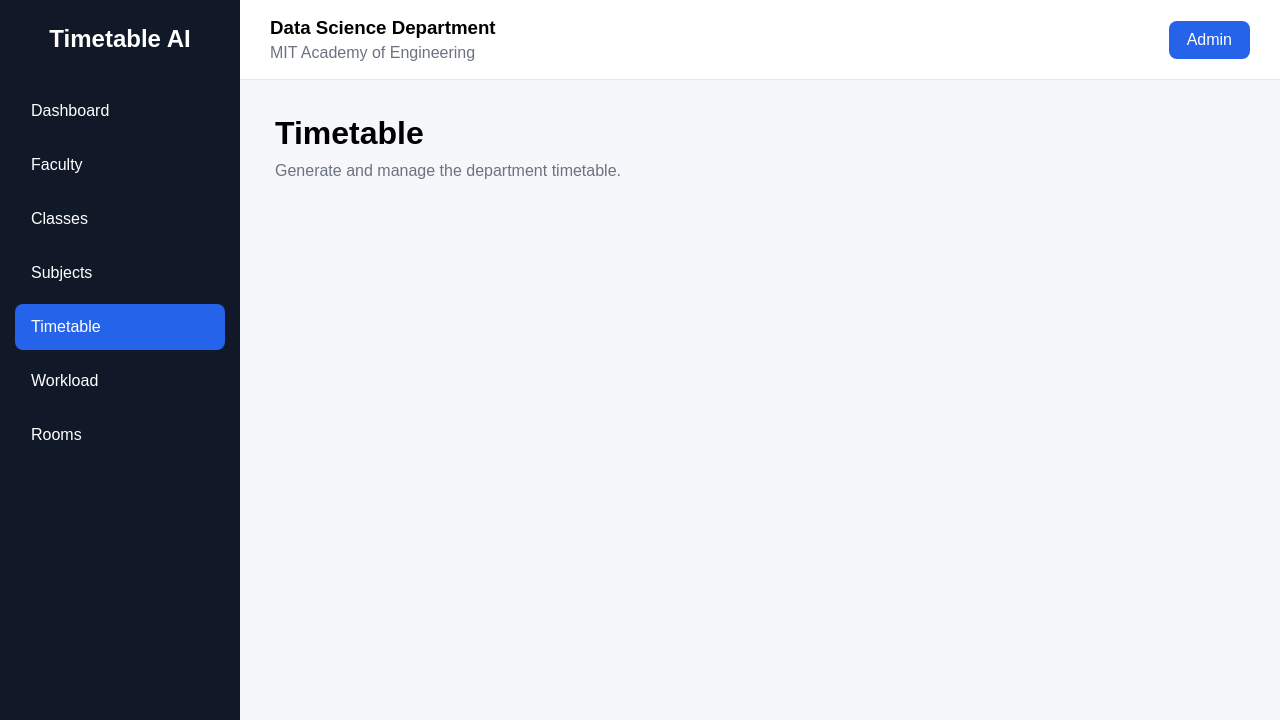
Repository: palak-surana/Intelligent-Timetable-System
Page: /timetable (app in frontend/)
The author's editor kept a copy of each file at every save. The page is drawn from the files as they stood at one save, then again after the next save.
The browser window is 1280 px wide. The pictures show the whole page.
The project was rebuilt for these pictures with package versions that can differ from the ones it lists, and the page was loaded fresh each time. Also part of the build but not shown: frontend/vite.config.js, frontend/src/pages/Dashboard.jsx, frontend/src/pages/Faculty.jsx, frontend/src/pages/Classes.jsx, frontend/src/pages/Subjects.jsx, frontend/src/pages/Workload.jsx, frontend/src/pages/Rooms.jsx.

Above is the page before, as saved 2026-08-15 22:44:28.

### frontend/src/index.css
* {
  margin: 0;
  padding: 0;
  box-sizing: border-box;
}

body {
  font-family: Arial, sans-serif;
  background: #f5f7fb;
}

.app {
  display: flex;
  min-height: 100vh;
}

.sidebar {
  width: 240px;
  min-height: 100vh;
  background: #111827;
  color: white;
  padding: 25px 15px;
}

.sidebar h2 {
  text-align: center;
  margin-bottom: 35px;
}

.nav-item {
  padding: 14px 16px;
  margin-bottom: 8px;
  border-radius: 8px;
  cursor: pointer;
}

.nav-item:hover,
.nav-item.active {
  background: #2563eb;
}

.main {
  flex: 1;
}

.navbar {
  height: 80px;
  background: white;
  padding: 15px 30px;
  display: flex;
  justify-content: space-between;
  align-items: center;
  border-bottom: 1px solid #e5e7eb;
}

.navbar h3 {
  margin-bottom: 5px;
}

.navbar p {
  color: #6b7280;
}

.admin {
  background: #2563eb;
  color: white;
  padding: 10px 18px;
  border-radius: 8px;
}

.dashboard {
  padding: 35px;
}

.dashboard h1 {
  margin-bottom: 8px;
}

.welcome {
  color: #6b7280;
  margin-bottom: 30px;
}

.stats {
  display: grid;
  grid-template-columns: repeat(4, 1fr);
  gap: 20px;
}

.card {
  background: white;
  padding: 25px;
  border-radius: 12px;
  box-shadow: 0 2px 10px rgba(0, 0, 0, 0.05);
}

.card h2 {
  font-size: 32px;
  margin-bottom: 8px;
}

.card p {
  color: #6b7280;
}

.department-card {
  background: white;
  margin-top: 30px;
  padding: 25px;
  border-radius: 12px;
}

.classes {
  display: flex;
  gap: 20px;
  margin-top: 20px;
}

.classes div {
  flex: 1;
  padding: 25px;
  background: #f3f4f6;
  border-radius: 10px;
  text-align: center;
  font-weight: bold;
}

/* Sidebar links */
.nav-item {
  display: block;
  color: white;
  text-decoration: none;
  padding: 14px 16px;
  margin-bottom: 8px;
  border-radius: 8px;
  cursor: pointer;
}

.nav-item:hover {
  background: #2563eb;
}

.nav-item.active {
  background: #2563eb;
}

/* Page content */
.page {
  padding: 35px;
}

.page h1 {
  margin-bottom: 10px;
}

.page p {
  color: #6b7280;
}

.page-header {
  display: flex;
  justify-content: space-between;
  align-items: center;
  margin-bottom: 30px;
}

.page-header h1 {
  margin-bottom: 8px;
}

.primary-button,
.save-button {
  border: none;
  background: #2563eb;
  color: white;
  padding: 12px 20px;
  border-radius: 8px;
  cursor: pointer;
  font-size: 15px;
  font-weight: 600;
}

.primary-button:hover,
.save-button:hover {
  background: #1d4ed8;
}

.faculty-form {
  background: white;
  padding: 25px;
  border-radius: 12px;
  margin-bottom: 30px;
  box-shadow: 0 2px 10px rgba(0, 0, 0, 0.05);
}

.faculty-form h2 {
  margin-bottom: 20px;
}

.form-grid {
  display: grid;
  grid-template-columns: repeat(2, 1fr);
  gap: 15px;
  margin-bottom: 20px;
}

.form-grid input,
.form-grid select {
  padding: 12px;
  border: 1px solid #d1d5db;
  border-radius: 7px;
  font-size: 14px;
  outline: none;
}

.form-grid input:focus,
.form-grid select:focus {
  border-color: #2563eb;
}

.faculty-summary {
  display: grid;
  grid-template-columns: repeat(4, 1fr);
  gap: 20px;
  margin-bottom: 30px;
}

.summary-card {
  background: white;
  padding: 22px;
  border-radius: 12px;
  display: flex;
  flex-direction: column;
  gap: 8px;
  box-shadow: 0 2px 10px rgba(0, 0, 0, 0.05);
}

.summary-card span {
  color: #6b7280;
}

.summary-card strong {
  font-size: 28px;
}

.faculty-table {
  background: white;
  border-radius: 12px;
  overflow: hidden;
  box-shadow: 0 2px 10px rgba(0, 0, 0, 0.05);
}

.table-header {
  display: grid;
  grid-template-columns: 1fr 2fr 1.5fr 1fr 1fr;
  padding: 18px 20px;
  background: #f3f4f6;
  font-weight: 600;
}

.empty-state {
  text-align: center;
  padding: 60px 20px;
}

.empty-state h3 {
  margin-bottom: 8px;
}

.empty-state p {
  color: #6b7280;
}
.table-row {
  display: grid;
  grid-template-columns: 1fr 2fr 1.5fr 1fr 1fr;
  align-items: center;
  padding: 18px 20px;
  border-top: 1px solid #e5e7eb;
}

.table-row small {
  display: block;
  color: #6b7280;
  margin-top: 4px;
}

.delete-button {
  width: fit-content;
  border: none;
  background: #dc2626;
  color: white;
  padding: 8px 14px;
  border-radius: 6px;
  cursor: pointer;
}

.delete-button:hover {
  background: #b91c1c;
}
.class-summary {
  display: grid;
  grid-template-columns: repeat(3, 1fr);
  gap: 20px;
  margin-bottom: 30px;
}

.class-grid {
  display: grid;
  grid-template-columns: repeat(3, 1fr);
  gap: 20px;
}

.class-card {
  background: white;
  padding: 25px;
  border-radius: 12px;
  box-shadow: 0 2px 10px rgba(0, 0, 0, 0.05);
}

.class-icon {
  width: 50px;
  height: 50px;
  display: flex;
  align-items: center;
  justify-content: center;
  background: #2563eb;
  color: white;
  border-radius: 10px;
  font-weight: bold;
  margin-bottom: 20px;
}

.class-card h2 {
  margin-bottom: 6px;
}

.class-card p {
  color: #6b7280;
  margin-bottom: 18px;
}

.status {
  display: inline-block;
  padding: 6px 12px;
  border-radius: 20px;
  background: #dcfce7;
  color: #166534;
  font-size: 13px;
  font-weight: 600;
}
.subject-summary {
  display: grid;
  grid-template-columns: repeat(4, 1fr);
  gap: 20px;
  margin-bottom: 30px;
}

.subject-types {
  display: grid;
  grid-template-columns: repeat(2, 1fr);
  gap: 20px;
  margin-bottom: 30px;
}

.subject-type-card {
  background: white;
  padding: 25px;
  border-radius: 12px;
  display: flex;
  align-items: center;
  gap: 18px;
  box-shadow: 0 2px 10px rgba(0, 0, 0, 0.05);
}

.subject-icon {
  width: 50px;
  height: 50px;
  display: flex;
  align-items: center;
  justify-content: center;
  background: #2563eb;
  color: white;
  border-radius: 10px;
  font-size: 20px;
  font-weight: bold;
}

.subject-type-card h2 {
  margin-bottom: 5px;
}

.subject-type-card p {
  color: #6b7280;
}

.subject-header {
  grid-template-columns: 1fr 2fr 1fr 1.5fr 1.5fr;
}
.room-summary {
  display: grid;
  grid-template-columns: repeat(4, 1fr);
  gap: 20px;
  margin-bottom: 30px;
}

.room-grid {
  display: grid;
  grid-template-columns: repeat(3, 1fr);
  gap: 20px;
}

.room-card {
  background: white;
  padding: 25px;
  border-radius: 12px;
  box-shadow: 0 2px 10px rgba(0, 0, 0, 0.05);
}

.room-icon {
  width: 50px;
  height: 50px;
  background: #2563eb;
  color: white;
  border-radius: 10px;
  display: flex;
  align-items: center;
  justify-content: center;
  font-size: 20px;
  font-weight: bold;
  margin-bottom: 18px;
}

.room-card h2 {
  margin-bottom: 15px;
}

.room-card p {
  color: #6b7280;
  margin-bottom: 8px;
}

.room-card strong {
  color: #374151;
}

### frontend/src/App.jsx
import { BrowserRouter, Routes, Route } from "react-router-dom";

import Sidebar from "./components/Sidebar";
import Navbar from "./components/Navbar";

import Dashboard from "./pages/Dashboard";
import Faculty from "./pages/Faculty";
import Classes from "./pages/Classes";
import Subjects from "./pages/Subjects";
import Timetable from "./pages/Timetable";
import Workload from "./pages/Workload";
import Rooms from "./pages/Rooms";

function App() {
  return (
    <BrowserRouter>
      <div className="app">
        <Sidebar />

        <div className="main">
          <Navbar />

          <Routes>
            <Route path="/" element={<Dashboard />} />
            <Route path="/faculty" element={<Faculty />} />
            <Route path="/classes" element={<Classes />} />
            <Route path="/subjects" element={<Subjects />} />
            <Route path="/timetable" element={<Timetable />} />
            <Route path="/workload" element={<Workload />} />
            <Route path="/rooms" element={<Rooms />} />
          </Routes>
        </div>
      </div>
    </BrowserRouter>
  );
}

export default App;

### frontend/src/components/Sidebar.jsx
import { NavLink } from "react-router-dom";

function Sidebar() {
  return (
    <aside className="sidebar">
      <h2>Timetable AI</h2>

      <nav>
        <NavLink
          to="/"
          className={({ isActive }) =>
            isActive ? "nav-item active" : "nav-item"
          }
        >
          Dashboard
        </NavLink>

        <NavLink
          to="/faculty"
          className={({ isActive }) =>
            isActive ? "nav-item active" : "nav-item"
          }
        >
          Faculty
        </NavLink>

        <NavLink
          to="/classes"
          className={({ isActive }) =>
            isActive ? "nav-item active" : "nav-item"
          }
        >
          Classes
        </NavLink>

        <NavLink
          to="/subjects"
          className={({ isActive }) =>
            isActive ? "nav-item active" : "nav-item"
          }
        >
          Subjects
        </NavLink>

        <NavLink
          to="/timetable"
          className={({ isActive }) =>
            isActive ? "nav-item active" : "nav-item"
          }
        >
          Timetable
        </NavLink>

        <NavLink
          to="/workload"
          className={({ isActive }) =>
            isActive ? "nav-item active" : "nav-item"
          }
        >
          Workload
        </NavLink>

        <NavLink
          to="/rooms"
          className={({ isActive }) =>
            isActive ? "nav-item active" : "nav-item"
          }
        >
          Rooms
        </NavLink>
      </nav>
    </aside>
  );
}

export default Sidebar;

### frontend/src/components/Navbar.jsx
function Navbar() {
  return (
    <header className="navbar">
      <div>
        <h3>Data Science Department</h3>
        <p>MIT Academy of Engineering</p>
      </div>

      <div className="admin">
        Admin
      </div>
    </header>
  );
}

export default Navbar;

### frontend/src/pages/Timetable.jsx
function Timetable() {
  return (
    <main className="page">
      <h1>Timetable</h1>
      <p>Generate and manage the department timetable.</p>
    </main>
  );
}

export default Timetable;

Loaded but not shown: frontend/src/main.jsx (common file)

After the next save:
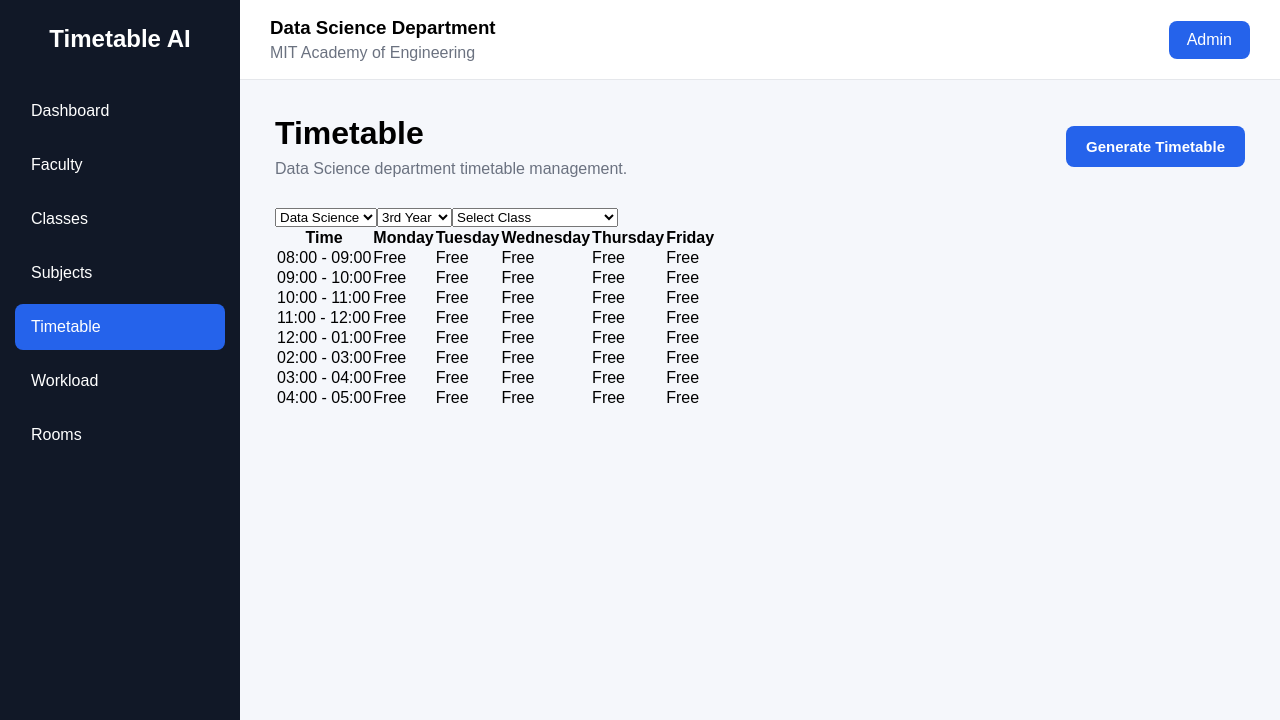
Saved 58 s later.
--- a/frontend/src/pages/Timetable.jsx
+++ b/frontend/src/pages/Timetable.jsx
@@ -1,8 +1,95 @@
 function Timetable() {
+  const days = ["Monday", "Tuesday", "Wednesday", "Thursday", "Friday"];
+
+  const timeSlots = [
+    "08:00 - 09:00",
+    "09:00 - 10:00",
+    "10:00 - 11:00",
+    "11:00 - 12:00",
+    "12:00 - 01:00",
+    "02:00 - 03:00",
+    "03:00 - 04:00",
+    "04:00 - 05:00",
+  ];
+
   return (
     <main className="page">
-      <h1>Timetable</h1>
-      <p>Generate and manage the department timetable.</p>
+
+      <div className="page-header">
+        <div>
+          <h1>Timetable</h1>
+          <p>
+            Data Science department timetable management.
+          </p>
+        </div>
+
+        <button className="primary-button">
+          Generate Timetable
+        </button>
+      </div>
+
+      <div className="timetable-controls">
+
+        <select>
+          <option>Data Science</option>
+        </select>
+
+        <select>
+          <option>3rd Year</option>
+          <option>2nd Year</option>
+          <option>1st Year</option>
+        </select>
+
+        <select>
+          <option>Select Class</option>
+          <option>Data Science - 1st Year</option>
+          <option>Data Science - 2nd Year</option>
+          <option>Data Science - 3rd Year</option>
+        </select>
+
+      </div>
+
+      <div className="timetable-container">
+
+        <table className="timetable">
+
+          <thead>
+            <tr>
+              <th>Time</th>
+
+              {days.map((day) => (
+                <th key={day}>{day}</th>
+              ))}
+
+            </tr>
+          </thead>
+
+          <tbody>
+
+            {timeSlots.map((time) => (
+              <tr key={time}>
+
+                <td className="time-cell">
+                  {time}
+                </td>
+
+                {days.map((day) => (
+                  <td key={day}>
+                    <div className="empty-slot">
+                      Free
+                    </div>
+                  </td>
+                ))}
+
+              </tr>
+            ))}
+
+          </tbody>
+
+        </table>
+
+      </div>
+
     </main>
   );
 }
